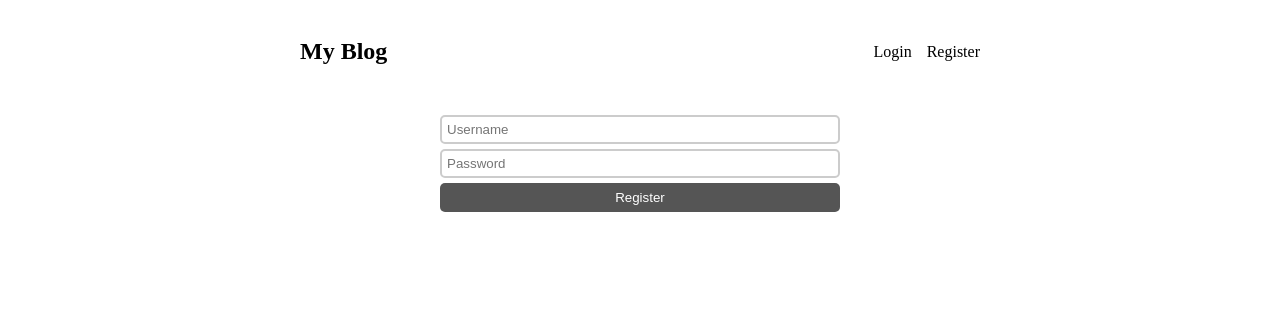
Repository: AtenaHatta/blog-app
Page: /register (app in client/vite-project/)
These files come from the project's save history. The page is drawn as it stood at one moment and after the next save; the edit follows.
The browser window is 1280 px wide. The pictures show the whole page.
The project was rebuilt for these pictures with package versions that can differ from the ones it lists, and the page was loaded fresh each time. Also part of the build but not shown: client/vite-project/src/Post.jsx, client/vite-project/src/pages/IndexPage.jsx, client/vite-project/src/pages/LoginPage.jsx, client/vite-project/src/index.css.

Above is the page before, as saved 2023-05-23 23:05:28.

After the next save:
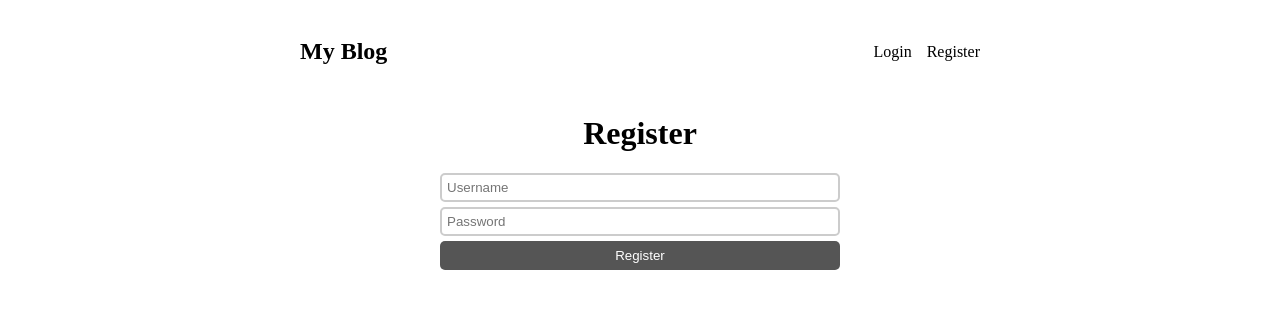
Saved 10 s later.
--- a/client/vite-project/src/pages/RegisterPage.jsx
+++ b/client/vite-project/src/pages/RegisterPage.jsx
@@ -2,6 +2,7 @@ export default function RegisterPage() {
     return(
         <div>
             <form className='register'>
+            <h1>Register</h1>
                 <input type="text" placeholder="Username" />
                 <input type="password" placeholder="Password" />
                 <button>Register</button>
